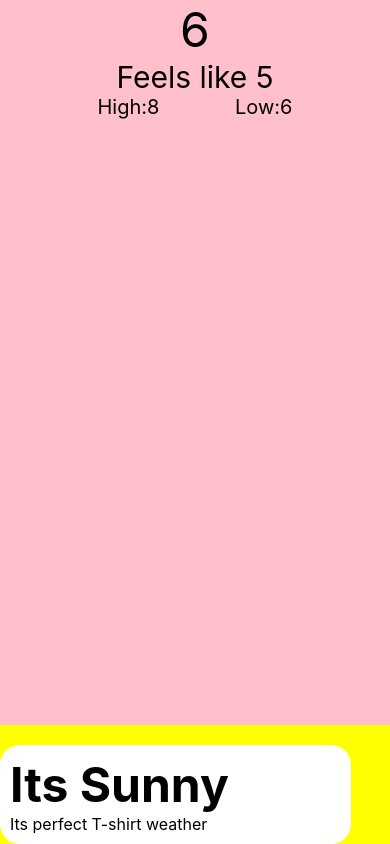
Repository: RossDee/WeatherApp
Screen: /
An editor plug-in stored every save of this project. The screen is shown before and after the next save, followed by the edit.
The app was drawn by React Native's web renderer in a window 390 px wide. The project was rebuilt for these pictures with package versions that can differ from the ones it lists, and the page was loaded fresh each time.

Above is the screen before, as saved 2023-10-14 21:16:38.

### App.js
import React from 'react';
import { SafeAreaView, StyleSheet, Text, View } from 'react-native';

const App = () => {
  return (
    <SafeAreaView style = {style.wrapper}>
    <View style = {style.container}>
      <Text style={style.temp} >6</Text>
      <Text style = {style.feels}>Feels like 5</Text>
      <View style = {style.highLowWrapper}>
        <Text style = {style.highLow}>High:8</Text>
        <Text style = {style.highLow}>Low:6</Text>
      </View>
    </View>
    <View style = {style.bodyWrapper}>
        <Text style = {style.description}>Its Sunny</Text>
      <Text style = {style.message}>Its perfect T-shirt weather</Text>
    </View>
    </SafeAreaView>
  )
}
const style  =StyleSheet.create({
  wrapper:{
    flex:1,
    backgroundColor:'yellow',
  },
  container:{
    backgroundColor:'pink',
    flex:1,
    alignItems:'center',
  },
  temp:{
    color:'black',
    fontSize:48,
 },
 feels:{
   color:'black',
   fontSize:30,
 },
  highLow:{
    color:'black',
    fontSize:20,
  },
  highLowWrapper:{
    flexDirection:'row',
    justifyContent:'space-between',
    width:'50%',
  },
  bodyWrapper:{
    backgroundColor:'white',
    width:'90%',
    padding:10,
    borderRadius:20,
    marginTop:20,
  },
  description:{
    fontSize:48,
    fontWeight:'bold',
  },
  message:{
    fontSize:16,
  }
})

export default App

After the next save:
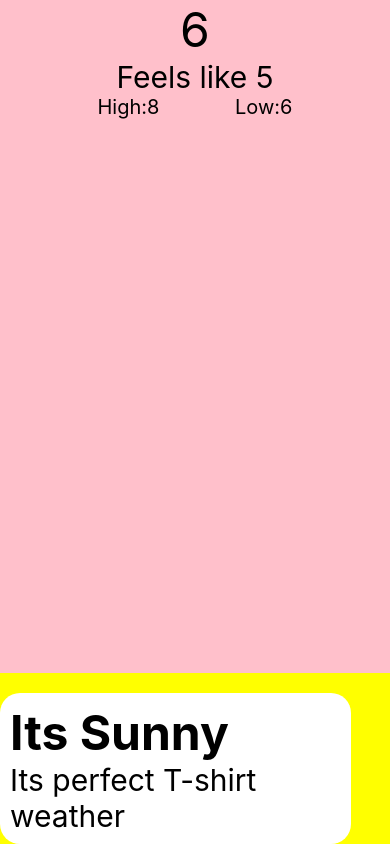
Saved 10 s later.
--- a/App.js
+++ b/App.js
@@ -58,7 +58,7 @@ const style  =StyleSheet.create({
     fontWeight:'bold',
   },
   message:{
-    fontSize:16,
+    fontSize:30,
   }
 })
 
